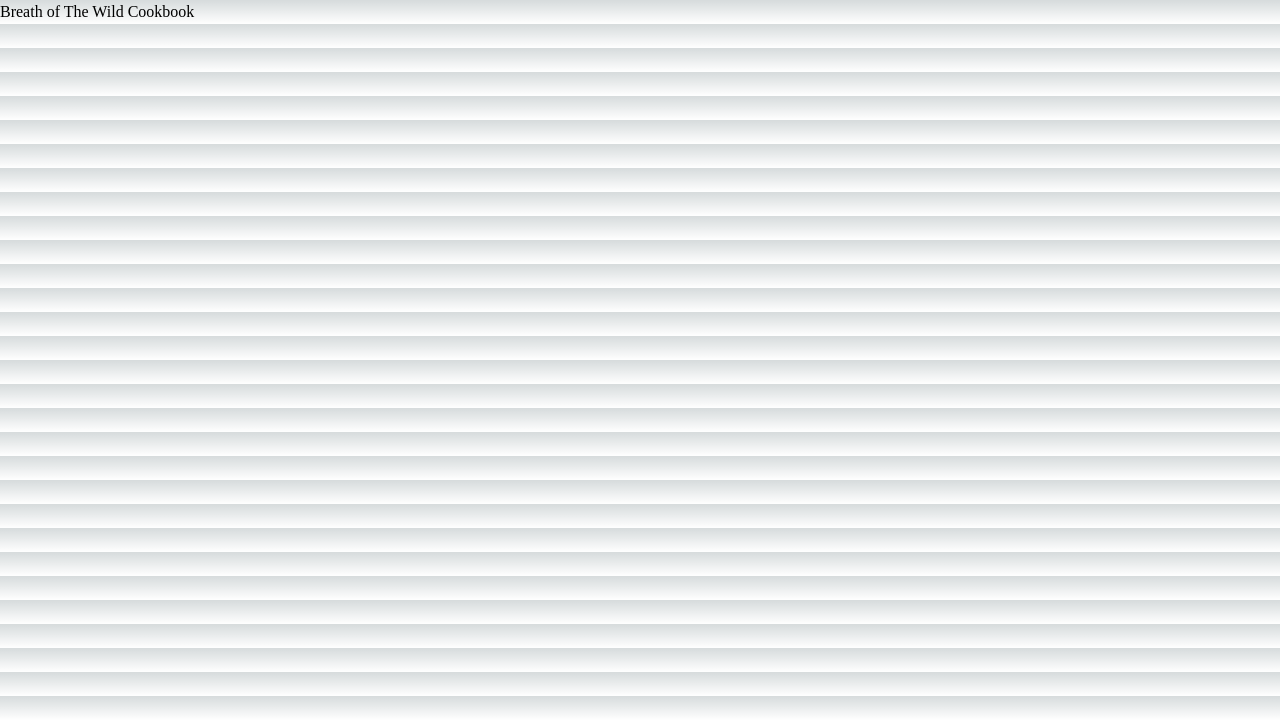
Repository: YanceMcFinn/Breath-of-The-Wild-Cookbook
Page: /
The author's editor kept a copy of each file at every save. The page is drawn from the files as they stood at one save, then again after the next save.
The browser window is 1280 px wide. The pictures show the whole page.
The page's requests for data from a server got no answer. The project was rebuilt for these pictures with package versions that can differ from the ones it lists, and the page was loaded fresh each time. The framework's server and built-in components were replaced by stand-ins that run in the browser. No one was signed in, and anything a server would have sent is missing. Also part of the build but not shown: next.config.js, src/app/components/Card.tsx.

Above is the page before, as saved 2023-08-16 13:13:02.

After the next save:
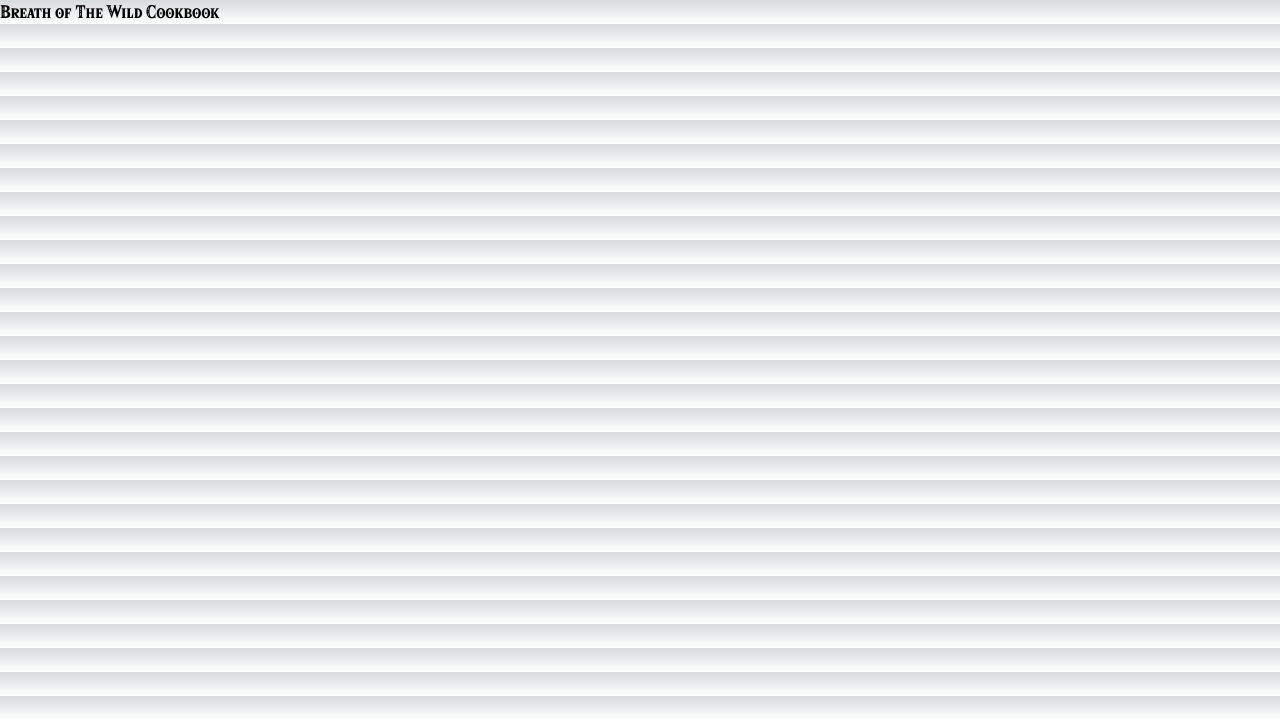
Saved 2 min 4 s later.
--- a/src/app/page.tsx
+++ b/src/app/page.tsx
@@ -3,7 +3,7 @@
 import { useEffect, useState } from 'react';
 import Image from 'next/image'
 import { Card } from './components/Card.tsx'
-
+import '../../HyliaSerif_WebfontKit/stylesheet.css'
 
 export default function Home() {
   const [materials, setMaterials] = useState([])
